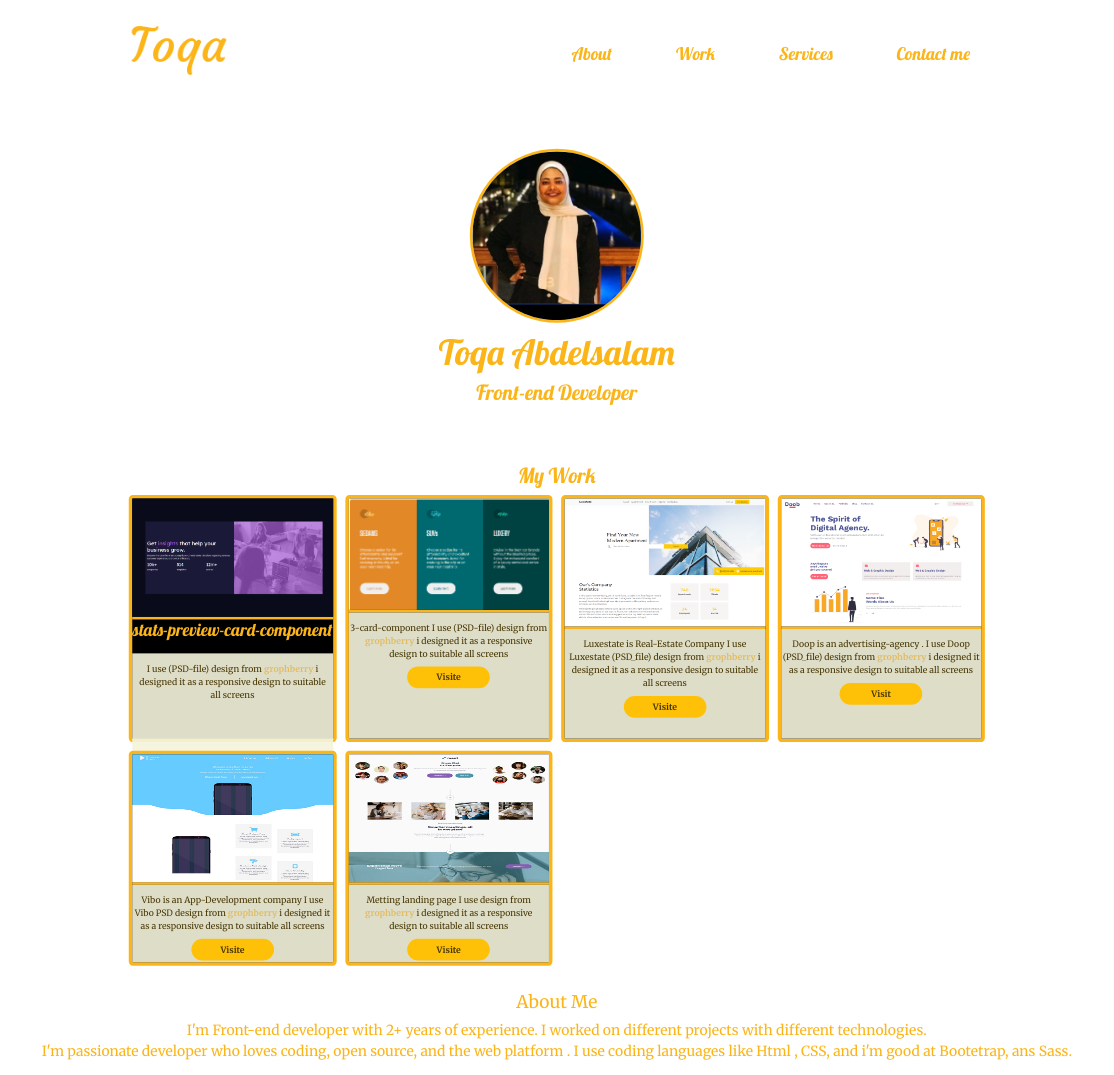
Repository: Toqa-25/portfolio
Page: index.html
The author's editor kept a copy of each file at every save. The page is drawn from the files as they stood at one save, then again after the next save.
The browser window is 1280 px wide. The pictures show the whole page, at 87% of full size.
Some web fonts or font styles are not loaded; a fallback is used.

Above is the page before, as saved 2021-10-31 18:17:05.

After the next save:
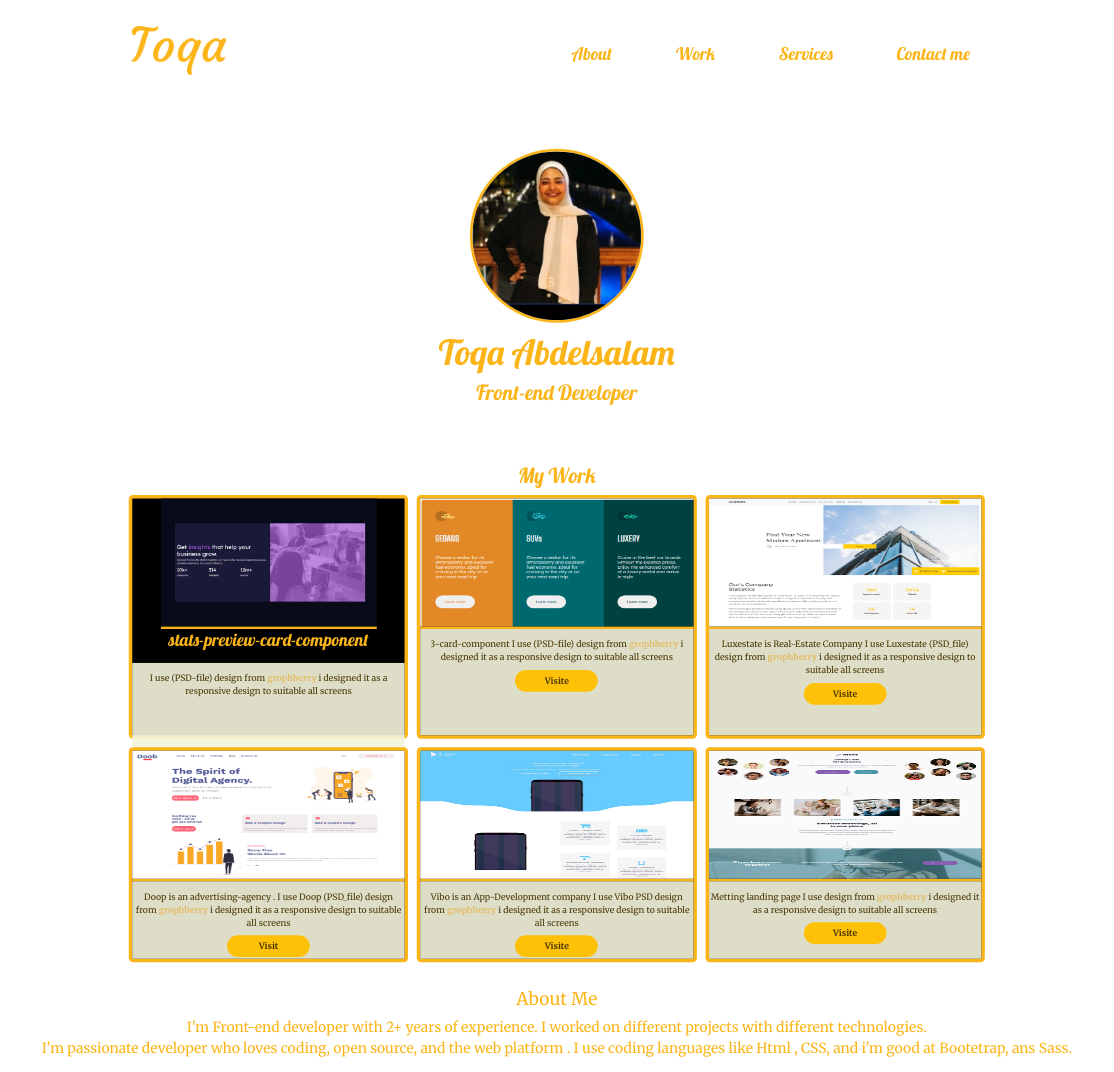
Saved 20 s later.
--- a/css/style.css
+++ b/css/style.css
@@ -147,7 +147,7 @@ body{
 }
  .work-content{
     display: grid;
-    grid-template-columns:repeat(4,1fr);
+    grid-template-columns:repeat(3,1fr);
     gap:10px;
  }
  .work .work-head{
